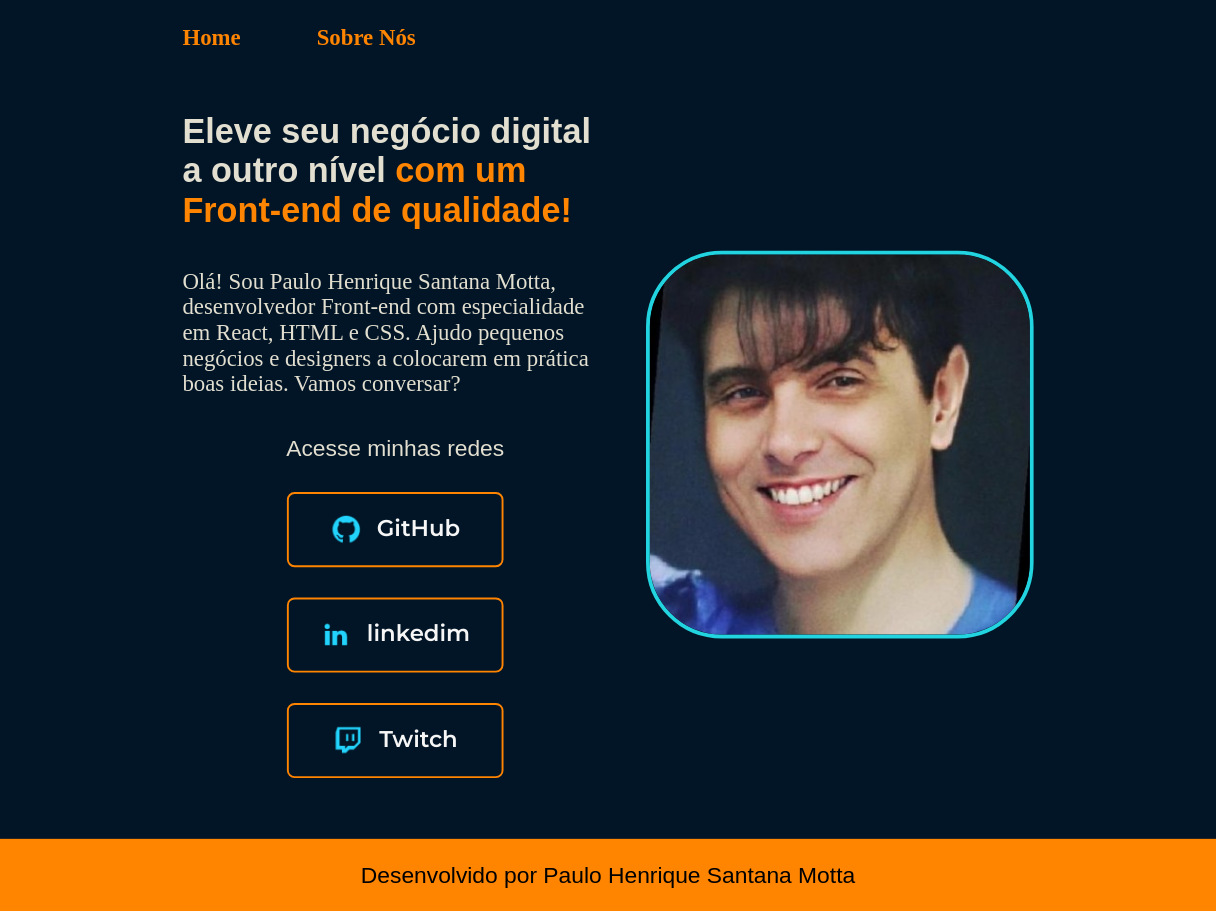
Repository: phsmottanerd/projeto-portfolio-alura
Page: index.html
These files come from the project's save history. The page is drawn as it stood at one moment and after the next save; the edit follows.
The browser window is 1280 px wide. The pictures show the whole page, at 95% of full size.
Some web fonts or font styles are not loaded; a fallback is used.

Above is the page before, as saved 2025-01-30 01:26:06.

### index.html
<!DOCTYPE html>
<html lang="pt-br">
  <head>
    <meta charset="UTF-8" />
    <meta http-equiv="X-UA-Compatible" content="IE=edge" />
    <meta name="viewport" content="width=device-width, initial-scale=1.0" />
    <title>Portifolio</title>
    <link rel="stylesheet" href="./estilos/style.css" />
  </head>

  <body>
    <header class="cabecalho">
      <nav class="cabecalho__menu">
        <a class="cabecalho__menu__link" href="index.html">Home</a>
        <a class="cabecalho__menu__link" href="about.html">Sobre Nós</a>
      </nav>
    </header>
    <main class="apresentacao">
      <section class="apresentacao__conteudo">
        <h1 class="apresentacao__conteudo__titulo">
          Eleve seu negócio digital a outro  nível
          <strong class="titulo-destaque"
            >com um Front-end de qualidade!
          </strong>
        </h1>
        <p class="apresentacao__conteudo__texto">
          Olá! Sou Paulo Henrique Santana Motta, desenvolvedor Front-end com especialidade em
          React, HTML e CSS. Ajudo pequenos negócios e designers a colocarem em
          prática boas ideias. Vamos conversar?
        </p>
        <div class="apresentacao__links">
          <h2 class="apresentacao__links__subtitulo">Acesse minhas redes</h2>
          <a
            class="apresentacao__links__navegacao"
            href="https://github.com/phsmottanerd"
          >
            <img src="./img/github.png" />
            GitHub
          </a>
          <a
            class="apresentacao__links__navegacao"
            href="https://linkedim.com/phsmottanerd"
          >
            <img src="./img/linkedin.png" />
            linkedim
          </a>
          <a class="apresentacao__links__navegacao" href="https://.com/phsmottanerd">
            <img src="./img/twitch.png" />
            Twitch
          </a>
        </div>
      </section>
      <img class="apresentacao__imagem" src="./img/1722867171561.jpg" alt="Paulo Henrique Santana Motta  programador" />
    </main>
    <footer class="rodape">
      <p>Desenvolvido por Paulo Henrique Santana Motta</p>
    </footer>
  </body>
</html>

### estilos/style.css
@import url("https://fonts.googleapis.com/css2?family=Krona+One&family=Montserrat:wght@400;600&display=swap");

:root {
  --cor-primaria: #021526;
  --cor-secundaria: #E2DFD0;
  --cor-terciaria:#FF8400;
  --cor-hover: #FF8400;

  --font-primaria: "Krona One", sans-serif;
   --font-secundaria:"Montserrat", sans-serif;


}

* {
  margin: 0;
  padding: 0;
}

body {
  box-sizing: border-box;
  background-color: var(--cor-primaria);
  color: var(--cor-secundaria);
}
.cabecalho {
  padding: 2% 0% 0% 15%;
}
.cabecalho__menu {
  display: flex;
  gap: 80px;
}

.cabecalho__menu__link {
  font-family: var(----font-secundaria);
  font-size: 1.5rem;
  font-weight: 600;
  color: var(--cor-terciaria);
  text-decoration: none;
}

.titulo-destaque {
  color: var(--cor-terciaria);
}

.apresentacao {
  padding: 5% 15%;
  display: flex;
  align-items: center;
  justify-content: space-between;
}
.apresentacao__conteudo {
  width: 50%;
  display: flex;
  flex-direction: column;
  gap: 40px;
}

.apresentacao__conteudo__titulo {
  font-size: 2.25rem;
  font-family: var(--font-primaria);
}

.apresentacao__conteudo__texto {
  font-size: 1.5rem;
  font-family: var(----font-secundaria);
}

.apresentacao__links {
  display: flex;
  flex-direction: column;
  justify-content: space-between;
  align-items: center;
  gap: 32px;
}
.apresentacao__links__subtitulo {
  font-family: "Krona One", sans-serif;
  font-weight: 400;
  font-size: 1.5rem;
}
.apresentacao__links__navegacao {
  /* background-color: #22D4FD; */
  justify-content: center;
  gap: 16px;
  display: flex;
  border: 2px solid var(--cor-terciaria);
  width: 50%;
  text-align: center;
  border-radius: 8px;
  font-size: 1.5rem;
  font-weight: 600;
  padding: 21.5px 0;
  text-decoration: none;
  color: #f6f6f6;
  font-family: "Montserrat", sans-serif;
}
.apresentacao__links__link:hover {
  background-color: var(--cor-hover);
}
.apresentacao__imagem{

  width: 50%;
}
.rodape {
  padding: 24px;
  color: #000;
  background-color: var(--cor-terciaria);
  text-align: center;
  font-family: "Montsearrat", sans-serif;
  font-size: 1.5rem;
  font-weight: 400;
}
.apresentacao__imagem  {
  border-radius: 80px;
  border: 4px solid #22d4Df;
  width: 400px;
  heighit: 400px;

}

After the next save:
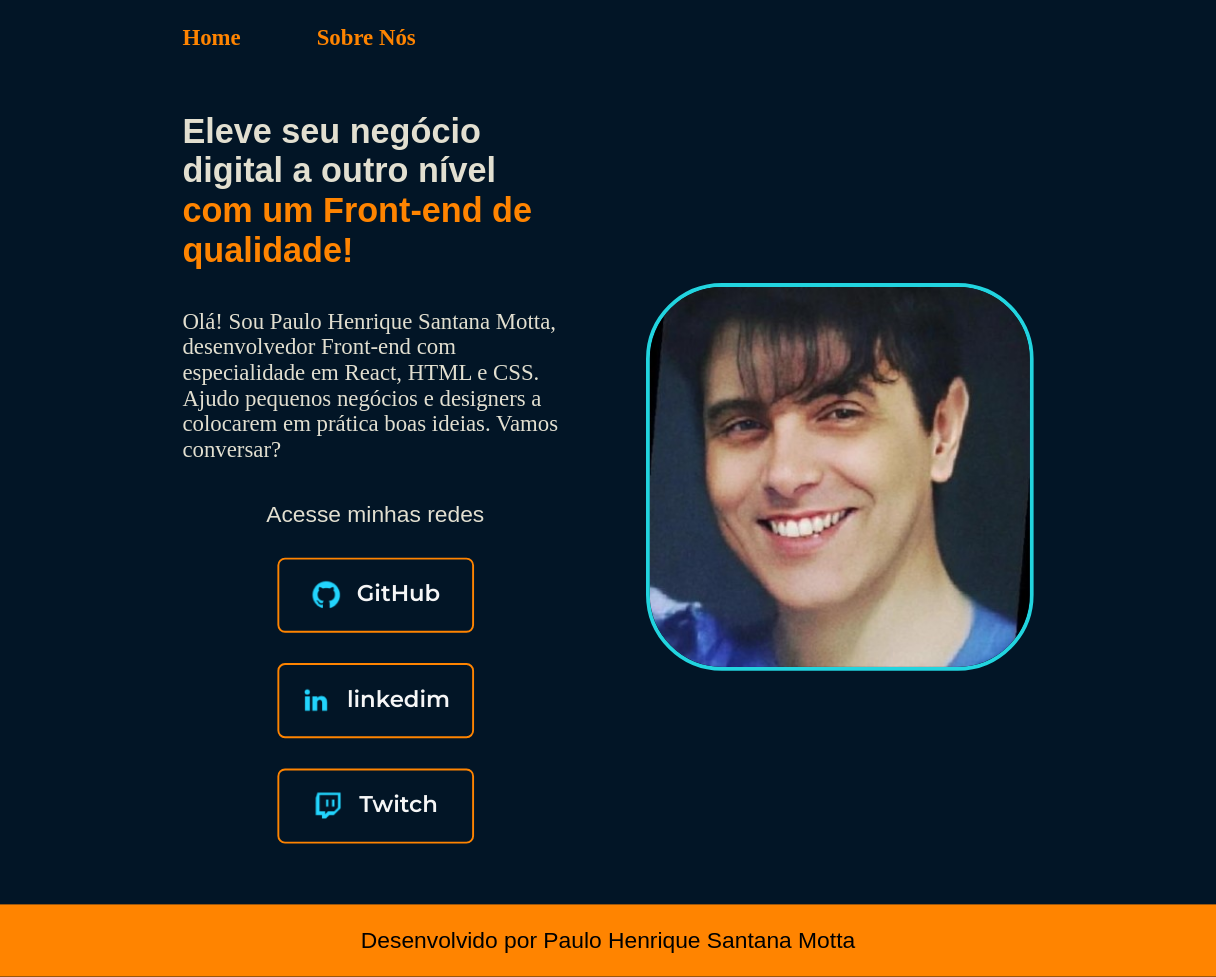
Saved 8 min 46 s later.
--- a/estilos/style.css
+++ b/estilos/style.css
@@ -47,6 +47,7 @@ body {
   display: flex;
   align-items: center;
   justify-content: space-between;
+  gap:82px;
 }
 .apresentacao__conteudo {
   width: 50%;
